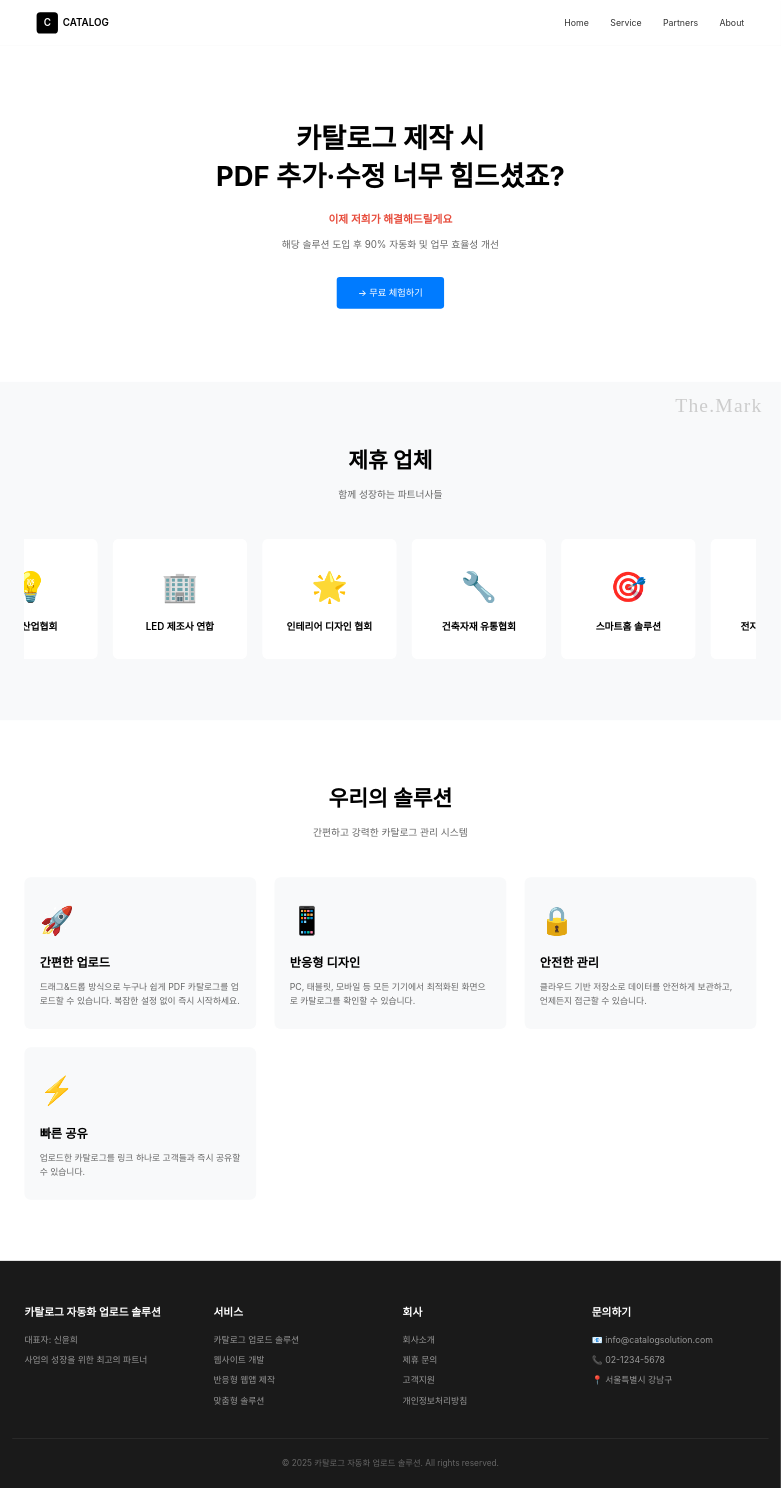
Repository: ororso11/catamaster
Page: index.html
The author's editor kept a copy of each file at every save. The page is drawn from the files as they stood at one save, then again after a run of saves.
The browser window is 1280 px wide. The pictures show the whole page, at 61% of full size.

Above is the page before, as saved 2025-10-04 23:13:57.

### index.html
<!DOCTYPE html>
<html lang="ko">
<head>
    <meta charset="UTF-8">
    <meta name="viewport" content="width=device-width, initial-scale=1.0">
    <title>카탈로그 자동화 업로드 솔루션</title>
    <link rel="stylesheet" href="style.css">
</head>
<body>
    <!-- Header -->
    <header>
        <div class="header-container">
            <div class="logo">
                <div class="logo-icon">C</div>
                <span>CATALOG</span>
            </div>
            <nav id="mainNav">
                <a href="#home">Home</a>
                <a href="#solutions">Service</a>
                <a href="#partners">Partners</a>
                <a href="#contact">About</a>
            </nav>
            <button class="mobile-menu-btn" onclick="toggleMenu()">☰</button>
        </div>
    </header>

    <!-- Hero Section -->
    <section class="hero" id="home">
        <div class="hero-content">
            <h1>카탈로그 제작 시<br>PDF 추가·수정 너무 힘드셨죠?</h1>
            <p class="subtitle">이제 저희가 해결해드릴게요</p>
            <p class="description">해당 솔루션 도입 후 90% 자동화 및 업무 효율성 개선</p>
            <a href="dashboard.html" class="cta-button">무료 체험하기</a>
        </div>
    </section>

    <!-- Partners Section -->
    <section class="partners" id="partners">
        <h2 class="section-title">제휴 업체</h2>
        <p class="section-subtitle">함께 성장하는 파트너사들</p>

        <div class="partners-slider">
            <div class="partners-track">
                <div class="partner-card">
                    <div class="partner-logo">💡</div>
                    <div class="partner-name">조명산업협회</div>
                </div>
                <div class="partner-card">
                    <div class="partner-logo">🏢</div>
                    <div class="partner-name">LED 제조사 연합</div>
                </div>
                <div class="partner-card">
                    <div class="partner-logo">🌟</div>
                    <div class="partner-name">인테리어 디자인 협회</div>
                </div>
                <div class="partner-card">
                    <div class="partner-logo">🔧</div>
                    <div class="partner-name">건축자재 유통협회</div>
                </div>
                <div class="partner-card">
                    <div class="partner-logo">🎯</div>
                    <div class="partner-name">스마트홈 솔루션</div>
                </div>
                <div class="partner-card">
                    <div class="partner-logo">📦</div>
                    <div class="partner-name">전자상거래 플랫폼</div>
                </div>
                <div class="partner-card">
                    <div class="partner-logo">🏭</div>
                    <div class="partner-name">제조업 협회</div>
                </div>
                <div class="partner-card">
                    <div class="partner-logo">🛠️</div>
                    <div class="partner-name">산업용품 유통사</div>
                </div>
                <!-- 복제 -->
                <div class="partner-card">
                    <div class="partner-logo">💡</div>
                    <div class="partner-name">조명산업협회</div>
                </div>
                <div class="partner-card">
                    <div class="partner-logo">🏢</div>
                    <div class="partner-name">LED 제조사 연합</div>
                </div>
                <div class="partner-card">
                    <div class="partner-logo">🌟</div>
                    <div class="partner-name">인테리어 디자인 협회</div>
                </div>
                <div class="partner-card">
                    <div class="partner-logo">🔧</div>
                    <div class="partner-name">건축자재 유통협회</div>
                </div>
            </div>
        </div>
    </section>

    <!-- Solutions Section -->
    <section class="solutions" id="solutions">
        <h2 class="section-title">우리의 솔루션</h2>
        <p class="section-subtitle">간편하고 강력한 카탈로그 관리 시스템</p>

        <div class="solutions-grid">
            <div class="solution-card">
                <div class="solution-icon">🚀</div>
                <h3>간편한 업로드</h3>
                <p>드래그&드롭 방식으로 누구나 쉽게 PDF 카탈로그를 업로드할 수 있습니다. 복잡한 설정 없이 즉시 시작하세요.</p>
            </div>

            <div class="solution-card">
                <div class="solution-icon">📱</div>
                <h3>반응형 디자인</h3>
                <p>PC, 태블릿, 모바일 등 모든 기기에서 최적화된 화면으로 카탈로그를 확인할 수 있습니다.</p>
            </div>

            <div class="solution-card">
                <div class="solution-icon">🔒</div>
                <h3>안전한 관리</h3>
                <p>클라우드 기반 저장소로 데이터를 안전하게 보관하고, 언제든지 접근할 수 있습니다.</p>
            </div>

            <div class="solution-card">
                <div class="solution-icon">⚡</div>
                <h3>빠른 공유</h3>
                <p>업로드한 카탈로그를 링크 하나로 고객들과 즉시 공유할 수 있습니다.</p>
            </div>
        </div>
    </section>

    <!-- Footer -->
    <footer id="contact">
        <div class="footer-content">
            <div class="footer-section">
                <h3>카탈로그 자동화 업로드 솔루션</h3>
                <p>대표자: 신윤희</p>
                <p>사업의 성장을 위한 최고의 파트너</p>
            </div>

            <div class="footer-section">
                <h3>서비스</h3>
                <a href="#solutions">카탈로그 업로드 솔루션</a>
                <a href="#solutions">웹사이트 개발</a>
                <a href="#solutions">반응형 웹앱 제작</a>
                <a href="#solutions">맞춤형 솔루션</a>
            </div>

            <div class="footer-section">
                <h3>회사</h3>
                <a href="#home">회사소개</a>
                <a href="#partners">제휴 문의</a>
                <a href="#contact">고객지원</a>
                <a href="#contact">개인정보처리방침</a>
            </div>

            <div class="footer-section">
                <h3>문의하기</h3>
                <p>📧 info@catalogsolution.com</p>
                <p>📞 02-1234-5678</p>
                <p>📍 서울특별시 강남구</p>
            </div>
        </div>

        <div class="footer-bottom">
            <p>&copy; 2025 카탈로그 자동화 업로드 솔루션. All rights reserved.</p>
        </div>
    </footer>

    <div class="company-badge">The.Mark</div>

    <script src="script.js"></script>
</body>
</html>

### style.css
* {
    margin: 0;
    padding: 0;
    box-sizing: border-box;
}

body {
    font-family: -apple-system, BlinkMacSystemFont, 'Segoe UI', 'Malgun Gothic', sans-serif;
    color: #333;
    line-height: 1.6;
    overflow-x: hidden;
}

/* Header */
header {
    background: white;
    padding: 20px 0;
    box-shadow: 0 1px 0 rgba(0,0,0,0.05);
    position: sticky;
    top: 0;
    z-index: 100;
}

.header-container {
    max-width: 1200px;
    margin: 0 auto;
    padding: 0 20px;
    display: flex;
    justify-content: space-between;
    align-items: center;
}

.logo {
    display: flex;
    align-items: center;
    gap: 8px;
    font-size: 1rem;
    font-weight: 600;
    color: #000;
}

.logo-icon {
    width: 35px;
    height: 35px;
    background: #000;
    border-radius: 6px;
    display: flex;
    align-items: center;
    justify-content: center;
    color: white;
    font-size: 1rem;
}

nav {
    display: flex;
    gap: 35px;
    align-items: center;
}

nav a {
    color: #333;
    text-decoration: none;
    font-size: 0.9rem;
    font-weight: 400;
    transition: color 0.3s;
}

nav a:hover {
    color: #666;
}

.contact-btn {
    background: #000;
    color: white !important;
    padding: 8px 20px;
    border-radius: 5px;
    font-weight: 500;
}

.mobile-menu-btn {
    display: none;
    background: none;
    border: none;
    font-size: 1.5rem;
    cursor: pointer;
}

/* Hero Section */
.hero {
    background: white;
    background-image: ;
    padding: 120px 20px;
    text-align: center;
}

.hero-content {
    max-width: 800px;
    margin: 0 auto;
}

.hero h1 {
    font-size: 2.8rem;
    font-weight: 700;
    margin-bottom: 25px;
    color: #000;
    line-height: 1.4;
}

.hero .subtitle {
    font-size: 1.1rem;
    color: #e74c3c;
    margin-bottom: 15px;
    font-weight: 600;
}

.hero .description {
    font-size: 1rem;
    color: #666;
    margin-bottom: 40px;
}

.cta-button {
    display: inline-block;
    padding: 14px 35px;
    background: #007bff;
    color: white;
    text-decoration: none;
    border-radius: 5px;
    font-weight: 500;
    font-size: 0.95rem;
    transition: background 0.3s;
}

.cta-button:hover {
    background: #0056b3;
}

.cta-button::before {
    content: '→ ';
}

/* Partners Section */
.partners {
    padding: 100px 20px;
    background: #f8f9fa;
    overflow: hidden;
}

.section-title {
    text-align: center;
    font-size: 2.2rem;
    color: #000;
    margin-bottom: 15px;
    font-weight: 700;
}

.section-subtitle {
    text-align: center;
    color: #666;
    margin-bottom: 60px;
    font-size: 1rem;
}

.partners-slider {
    max-width: 1200px;
    margin: 60px auto 0;
    overflow: hidden;
    position: relative;
}

.partners-track {
    display: flex;
    gap: 25px;
    animation: scroll 30s linear infinite;
}

@keyframes scroll {
    0% {
        transform: translateX(0);
    }
    100% {
        transform: translateX(-50%);
    }
}

.partners-track:hover {
    animation-play-state: paused;
}

.partner-card {
    min-width: 220px;
    background: white;
    padding: 40px 25px;
    border-radius: 10px;
    text-align: center;
    transition: all 0.3s;
    flex-shrink: 0;
}

.partner-card:hover {
    box-shadow: 0 5px 20px rgba(0,0,0,0.1);
}

.partner-logo {
    font-size: 3rem;
    margin-bottom: 15px;
}

.partner-name {
    font-weight: 600;
    color: #000;
    font-size: 1rem;
}

/* Solutions Section */
.solutions {
    padding: 100px 20px;
    background: white;
}

.solutions-grid {
    max-width: 1200px;
    margin: 0 auto;
    display: grid;
    grid-template-columns: repeat(3, 1fr);
    gap: 30px;
}

.solution-card {
    background: #f8f9fa;
    padding: 35px 25px;
    border-radius: 10px;
    transition: all 0.3s;
}

.solution-card:hover {
    background: #e9ecef;
}

.solution-icon {
    font-size: 2.8rem;
    margin-bottom: 18px;
}

.solution-card h3 {
    color: #000;
    margin-bottom: 12px;
    font-size: 1.25rem;
    font-weight: 600;
}

.solution-card p {
    color: #666;
    line-height: 1.6;
    font-size: 0.9rem;
}

/* Footer */
footer {
    background: #1a1a1a;
    color: #999;
    padding: 70px 20px 30px;
}

.footer-content {
    max-width: 1200px;
    margin: 0 auto;
    display: grid;
    grid-template-columns: repeat(4, 1fr);
    gap: 40px;
    margin-bottom: 40px;
}

.footer-section h3 {
    margin-bottom: 20px;
    font-size: 1.1rem;
    color: white;
    font-weight: 600;
}

.footer-section p,
.footer-section a {
    color: #999;
    text-decoration: none;
    display: block;
    margin-bottom: 10px;
    font-size: 0.9rem;
    transition: color 0.3s;
}

.footer-section a:hover {
    color: white;
}

.footer-bottom {
    text-align: center;
    padding-top: 30px;
    border-top: 1px solid #333;
    color: #666;
    font-size: 0.85rem;
}

.company-badge {
    position: fixed;
    bottom: 30px;
    right: 30px;
    font-size: 2rem;
    color: #ccc;
    font-weight: 300;
    letter-spacing: 2px;
    font-family: serif;
}

/* Mobile Responsive */
@media (max-width: 768px) {
    nav {
        display: none;
        position: absolute;
        top: 75px;
        left: 0;
        right: 0;
        background: white;
        flex-direction: column;
        padding: 20px;
        box-shadow: 0 5px 20px rgba(0,0,0,0.1);
    }

    nav.active {
        display: flex;
    }

    .mobile-menu-btn {
        display: block;
    }

    .hero h1 {
        font-size: 1.8rem;
    }

    .solutions-grid {
        grid-template-columns: 1fr;
    }

    .footer-content {
        grid-template-columns: 1fr;
    }

    .company-badge {
        display: none;
    }
}

### script.js
function toggleMenu() {
    const nav = document.getElementById('mainNav');
    nav.classList.toggle('active');
}

document.querySelectorAll('a[href^="#"]').forEach(anchor => {
    anchor.addEventListener('click', function (e) {
        e.preventDefault();
        const target = document.querySelector(this.getAttribute('href'));
        if (target) {
            target.scrollIntoView({
                behavior: 'smooth',
                block: 'start'
            });
            document.getElementById('mainNav').classList.remove('active');
        }
    });
});

After the next 3 saves:
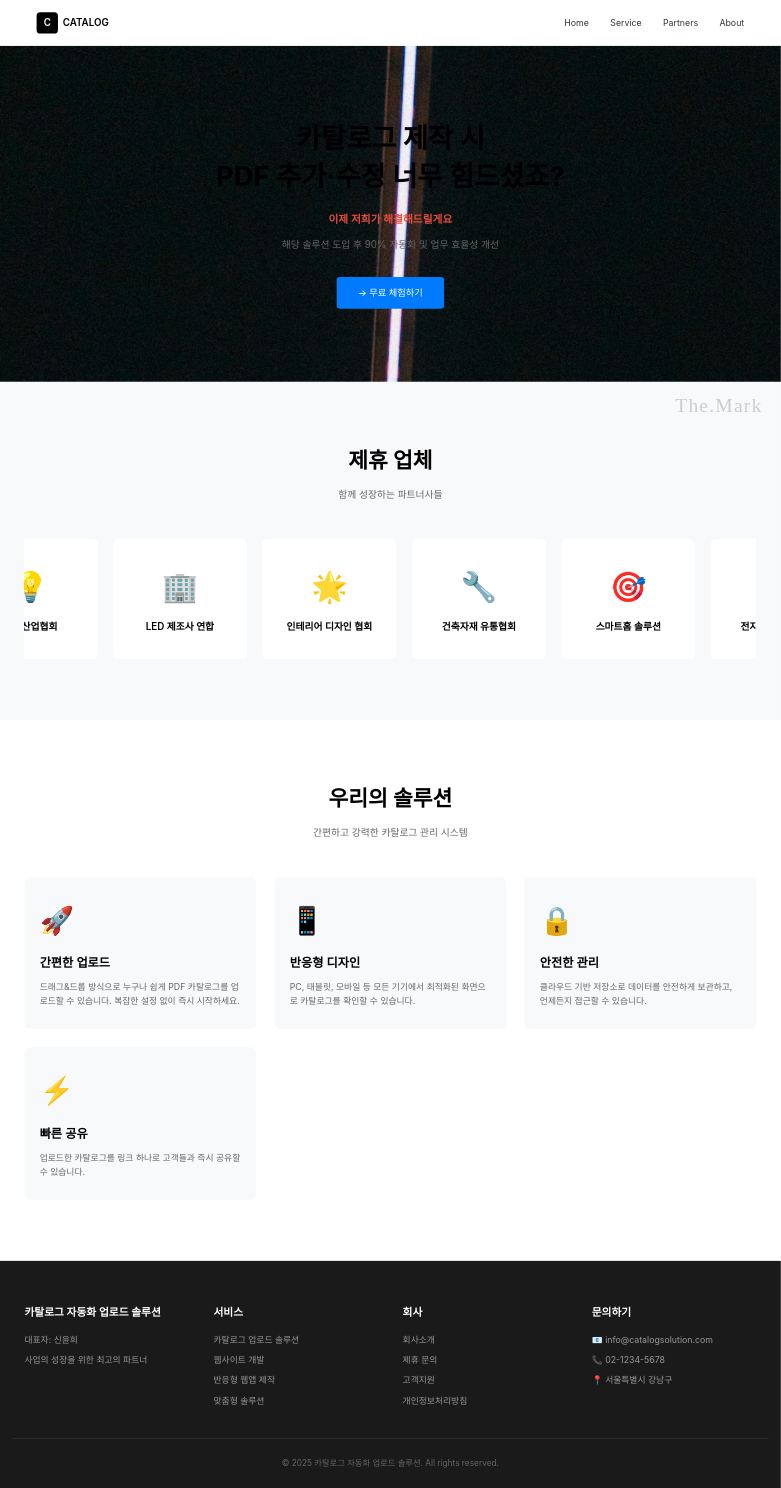
The 3 saves are shown as one change because they came seconds apart.
The last was saved 14 s later.
--- a/style.css
+++ b/style.css
@@ -88,7 +88,7 @@ nav a:hover {
 /* Hero Section */
 .hero {
     background: white;
-    background-image: ;
+    background-image: url("main.jpg");
     padding: 120px 20px;
     text-align: center;
 }
